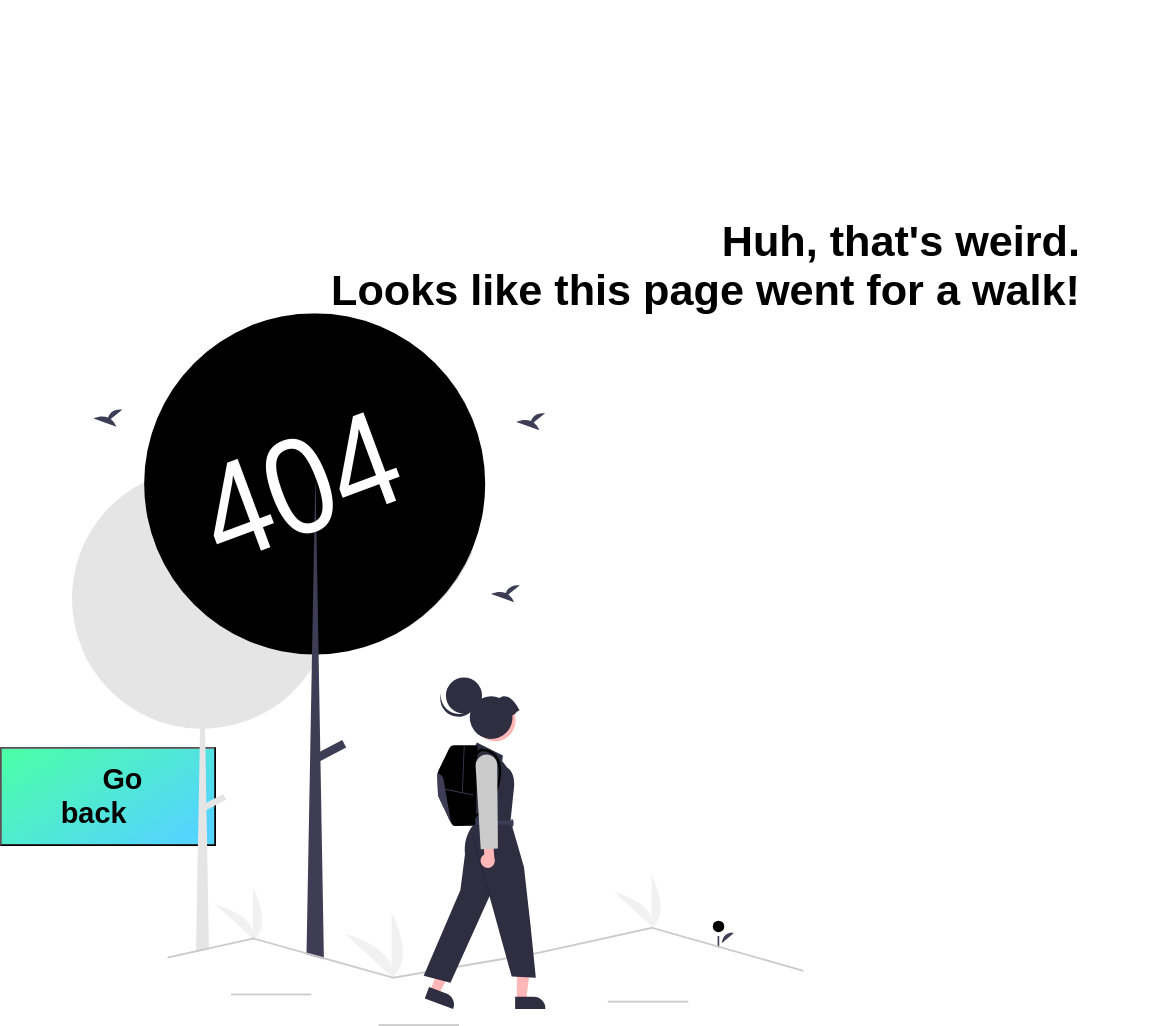
Repository: TeeJaysDev/Portfolio
Page: 404.html
The author's editor kept a copy of each file at every save. The page is drawn from the files as they stood at one save, then again after the next save.
The browser window is 1280 px wide. The pictures show the whole page, at 90% of full size.

Above is the page before, as saved 2021-06-11 23:26:31.

### 404.html
<!DOCTYPE html>
<html lang="en">
<head>
    <meta charset="UTF-8">
    <meta http-equiv="X-UA-Compatible" content="IE=edge">
    <meta name="viewport" content="width=device-width, initial-scale=1.0">
    <script type="text/javascript" src="script.js"></script>
    <link rel="stylesheet" href="404.css">
    <link rel="preconnect" href="https://fonts.gstatic.com">
    <link href="https://fonts.googleapis.com/css2?family=Raleway&display=swap" rel="stylesheet">
    <title>Tymon Jędryczka | Portfolio</title>
</head>
<body>
    <section class="error">
        <h1>
            Huh, that's weird. <br> Looks like this page went for a walk!
        </h1>
        <button>
            <a href="index.html">Go back</a>
        </button>
        <div class="mainError">
            <img src="Images/svg/hiking.svg">
        </div>
    </section>
</body>
</html>

### 404.css
* {
    margin: 0;
    padding: 0;
    box-sizing: border-box;
    font-family: sans-serif;
    text-decoration: none;
    list-style: none;
}

.error h1 {
    font-family: Arial, Helvetica, sans-serif;
    font-weight: 700;
    font-size: 3rem;
    margin-top: 15rem;
    margin-right: 5rem;
    text-align: right;
}

.error .mainError {
    display: flex;
    text-align: center;
    margin-left: 40rem;
    margin-right: auto;
}

.error img {
    margin-left: -35rem;
    margin-top: -37rem;
}

.error button a {
    text-decoration: none;
    text-align: center;
    font-size: 2rem;
    color: #000000;
    padding: 1rem 2rem 1rem 2rem;
}

.error button {
    padding: 1rem 2rem 1rem 2rem;
    width: 15rem;
    font-weight: bold;
    font-size: 1.2rem;
    text-align: center;
    margin-top: 30rem;
    background-image: linear-gradient(147deg, #4bffa5, #54d4ff 90%);
    color: #000000;
    cursor: pointer;
}

Loaded but not shown: script.js (no stored copy; drawn as an empty file)

After the next save:
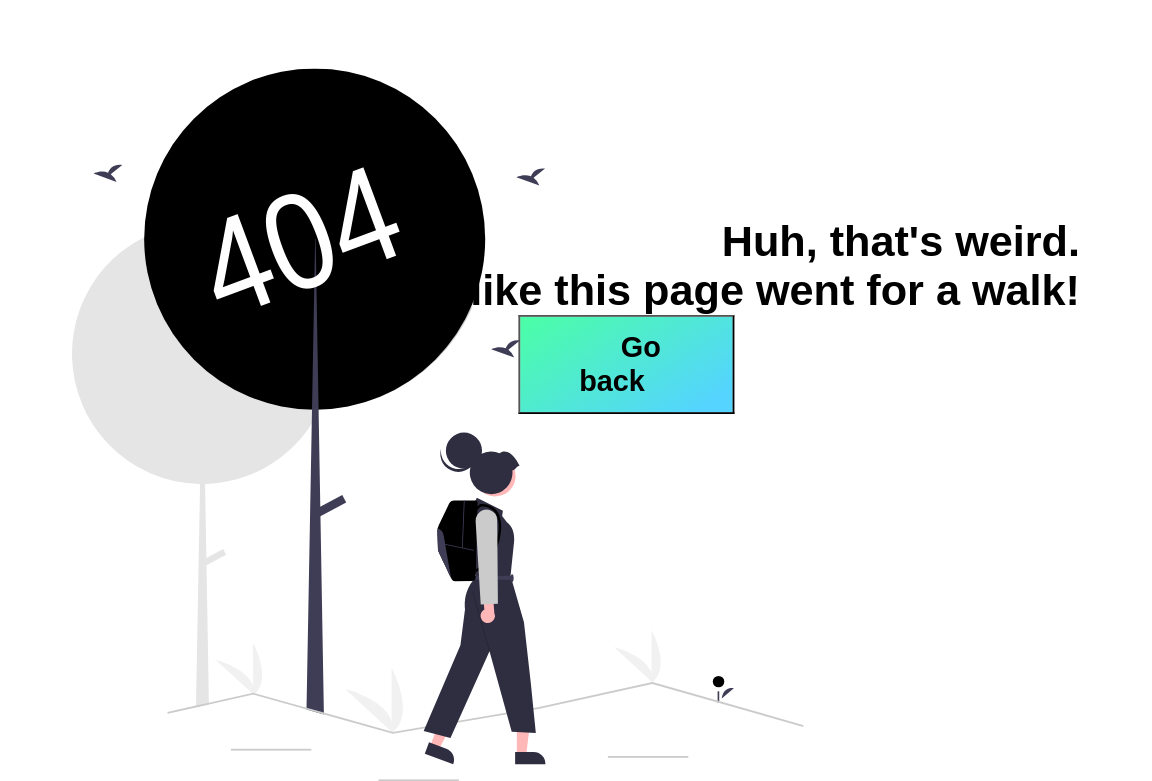
Saved 9 s later.
--- a/404.css
+++ b/404.css
@@ -42,7 +42,8 @@
     font-weight: bold;
     font-size: 1.2rem;
     text-align: center;
-    margin-top: 30rem;
+    margin-left: 45%;
+    margin-bottom: 13rem;
     background-image: linear-gradient(147deg, #4bffa5, #54d4ff 90%);
     color: #000000;
     cursor: pointer;
